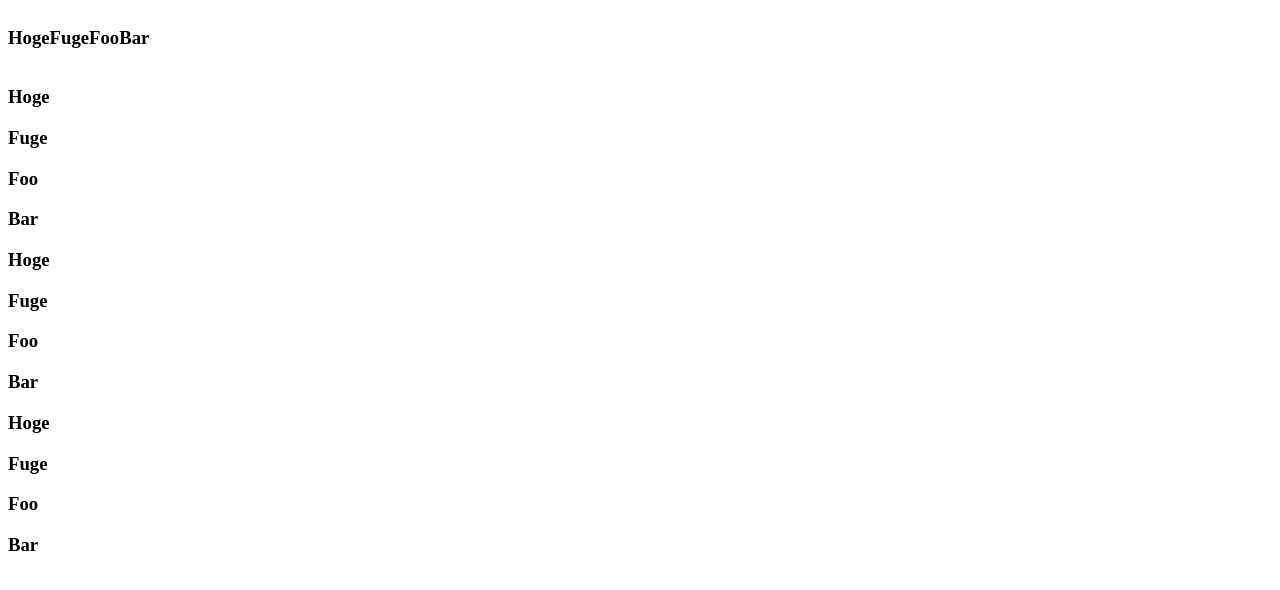
Repository: yoshi1924/samurai_HTML-CSS
Page: test.html
The author's editor kept a record of every edit. The page is drawn from the files as they stood at one moment, then again after the next edit.
The browser window is 1280 px wide. The pictures show the whole page.

Above is the page before.

After the next edit:
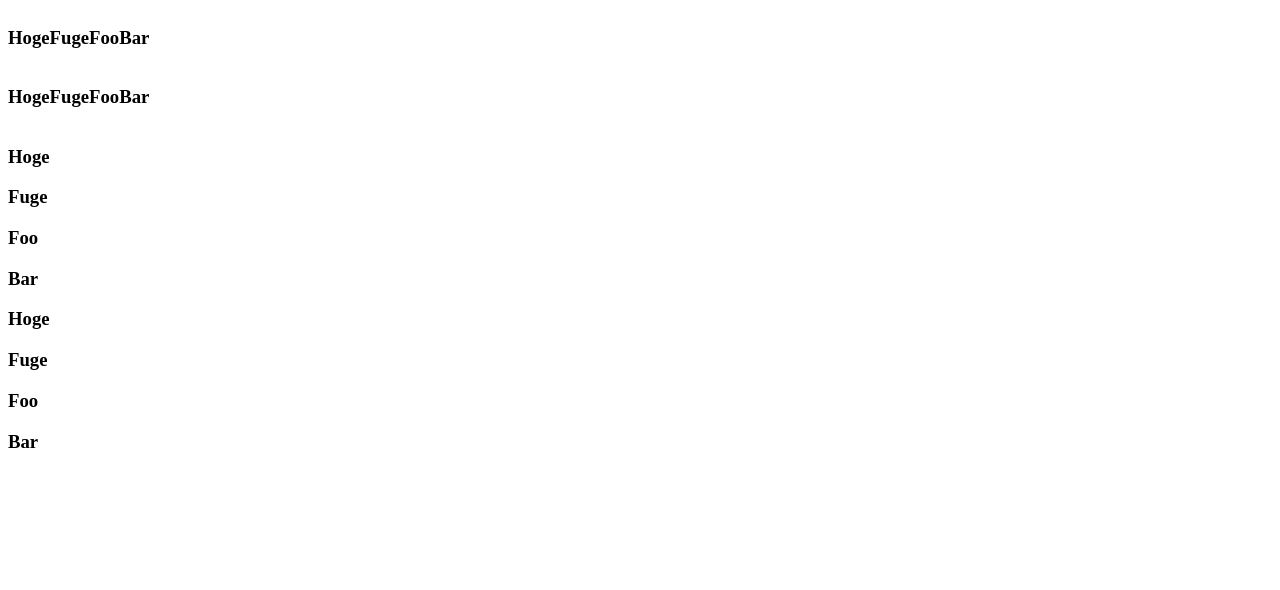
The edit:
--- a/test.html
+++ b/test.html
@@ -24,7 +24,7 @@
         <h3>Foo</h3>
         <h3>Bar</h3>
     </div>
-    <div id="reverse">
+    <div id="wrap">
         <h3>Hoge</h3>
         <h3>Fuge</h3>
         <h3>Foo</h3>
